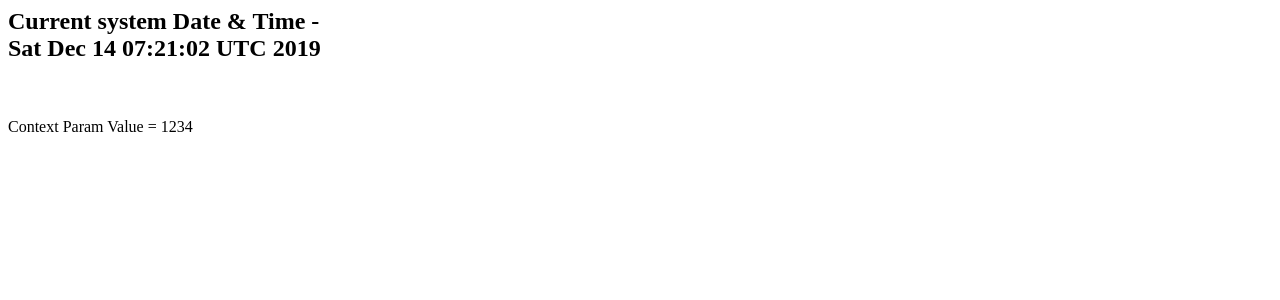
Repository: MamathaManchala/TY_CG_HTD_BangloreNovember_JFS_MamathaManchala
Page: http://localhost/mywebapp/currentDate
These files come from the project's save history. The page is drawn as it stood at one moment and after the next save; the edit follows.
The browser window is 1280 px wide. The pictures show the whole page.
The page is served by Tomcat 9.

Above is the page before, as saved 2019-12-16 07:44:09.

After the next save:
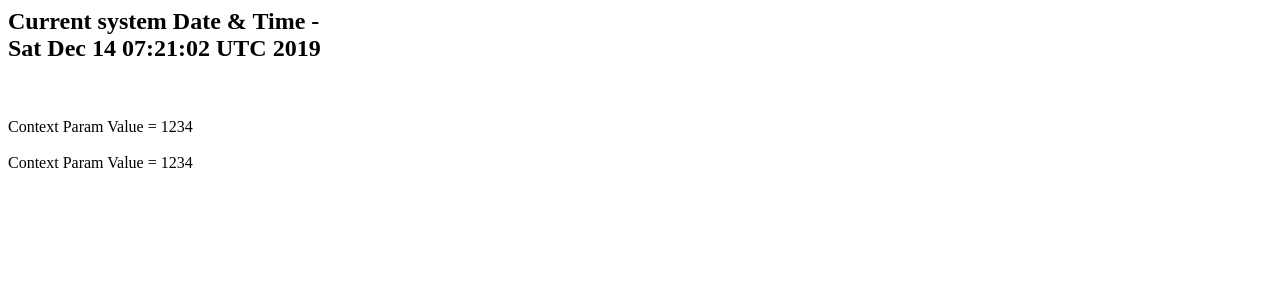
Saved 2 min 57 s later.
--- a/BackEnd/servelets/mywebapp/src/main/java/com/capgemini/mywebapp/servelets/DateServelet.java
+++ b/BackEnd/servelets/mywebapp/src/main/java/com/capgemini/mywebapp/servelets/DateServelet.java
@@ -4,6 +4,7 @@ import java.io.IOException;
 import java.io.PrintWriter;
 import java.util.Date;
 
+import javax.servlet.ServletConfig;
 import javax.servlet.ServletContext;
 import javax.servlet.ServletException;
 import javax.servlet.http.HttpServlet;
@@ -24,13 +25,22 @@ public class DateServelet extends HttpServlet {
 		ServletContext context = req.getServletContext();
 		String contextParamVal=context.getInitParameter("myContextParam");
 
+		//Get Config Param
+
+		ServletConfig config = getServletConfig();
+		String configParammyConfigParamal=config.getInitParameter("myConfigParam");
+
 
 	resp.setContentType("text/html");
 	resp.setHeader("refresh", "1");
 
 	PrintWriter out = resp.getWriter();
 	out.print("<html>");
+
+	//displayinf context Param & config Param value
+
 	out.print("<h2>Current system Date & Time - <br> " + date + "</h2>");
+	out.println("<br><br>Context Param Value = "+ contextParamVal);
 	out.println("<br><br>Context Param Value = "+ contextParamVal);
 	out.print("</html>");
 
